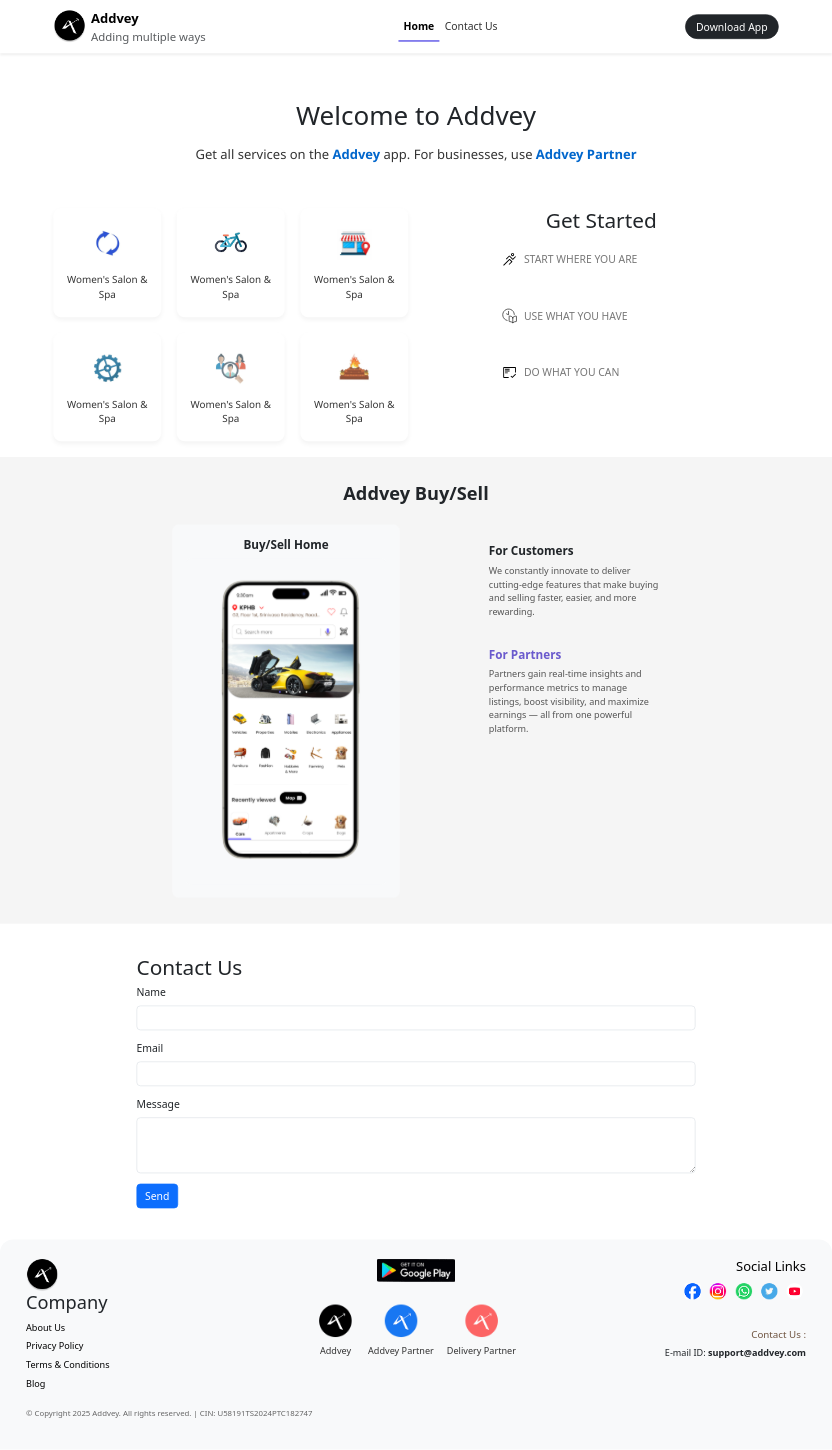
Repository: addveydev/addvey_website
Page: index.html
These files come from the project's save history. The page is drawn as it stood at one moment and after the next save; the edit follows.
The browser window is 1280 px wide. The pictures show the whole page, at 65% of full size.

Above is the page before, as saved 2025-04-03 01:18:03.
Not found: styles.css

After the next save:
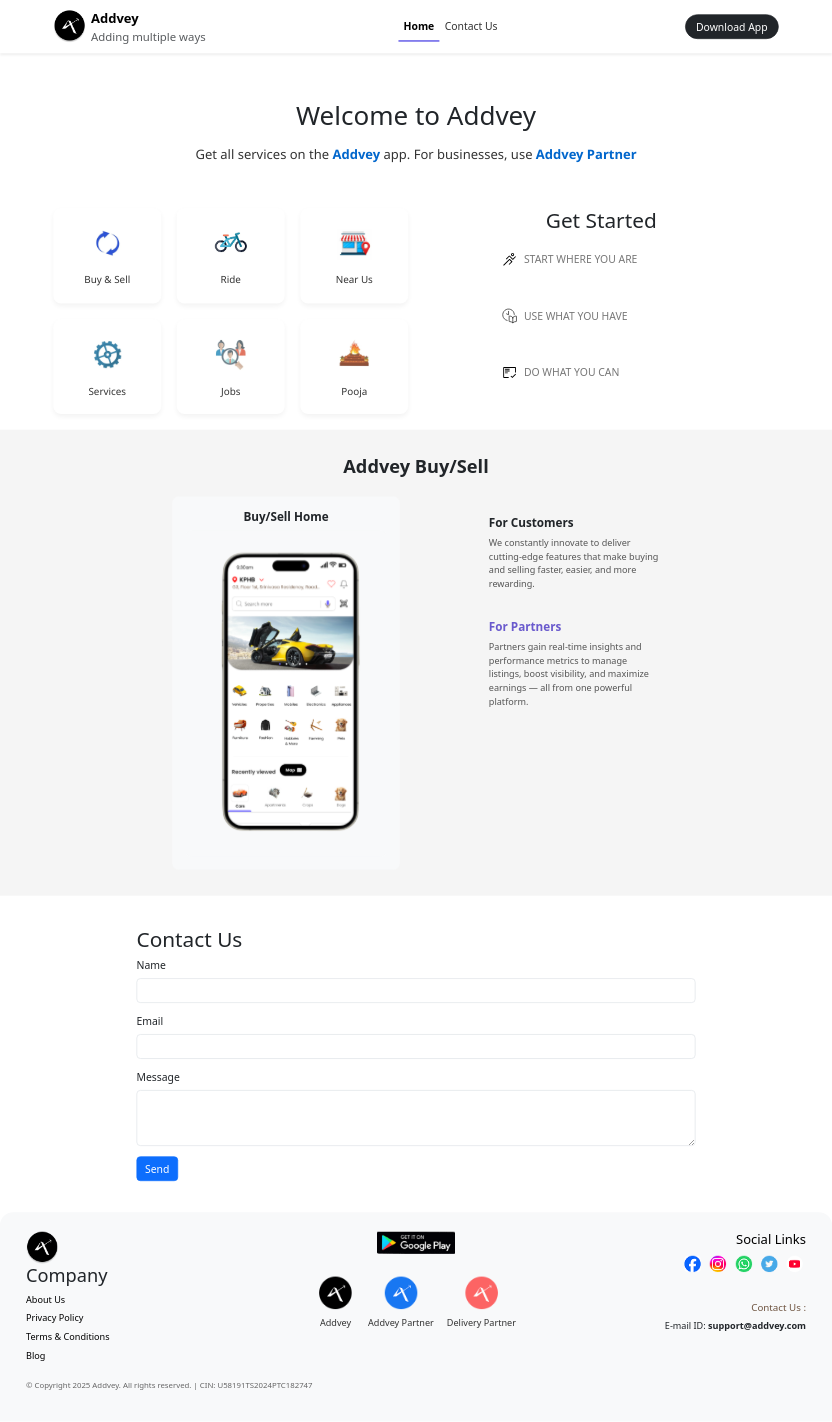
Saved 16 h 26 min later.
--- a/index.html
+++ b/index.html
@@ -421,19 +421,19 @@
                     <div class="col-md-4 mx-auto">
                         <div class="service-card">
                             <img src="assets/Buy_Sell.png" class="service-icon" alt="Salon Icon">
-                            <p class="service-name">Women's Salon & Spa</p>
+                            <p class="service-name">Buy & Sell</p>
                         </div>
                     </div>
                     <div class="col-md-4 mx-auto">
                         <div class="service-card">
                             <img src="assets/ride.png" class="service-icon" alt="Salon Icon">
-                            <p class="service-name">Women's Salon & Spa</p>
+                            <p class="service-name">Ride</p>
                         </div>
                     </div>
                     <div class="col-md-4 mx-auto">
                         <div class="service-card">
                             <img src="assets/near_us.png" class="service-icon" alt="Salon Icon">
-                            <p class="service-name">Women's Salon & Spa</p>
+                            <p class="service-name">Near Us</p>
                         </div>
                     </div>
                 </div>
@@ -441,19 +441,19 @@
                     <div class="col-md-4 mx-auto">
                         <div class="service-card">
                             <img src="assets/Services.png" class="service-icon" alt="Salon Icon">
-                            <p class="service-name">Women's Salon & Spa</p>
+                            <p class="service-name">Services</p>
                         </div>
                     </div>
                     <div class="col-md-4 mx-auto">
                         <div class="service-card">
                             <img src="assets/jobs.png" class="service-icon" alt="Salon Icon">
-                            <p class="service-name">Women's Salon & Spa</p>
+                            <p class="service-name">Jobs</p>
                         </div>
                     </div>
                     <div class="col-md-4 mx-auto">
                         <div class="service-card">
                             <img src="assets/puja.png" class="service-icon" alt="Salon Icon">
-                            <p class="service-name">Women's Salon & Spa</p>
+                            <p class="service-name">Pooja</p>
                         </div>
                     </div>
 
